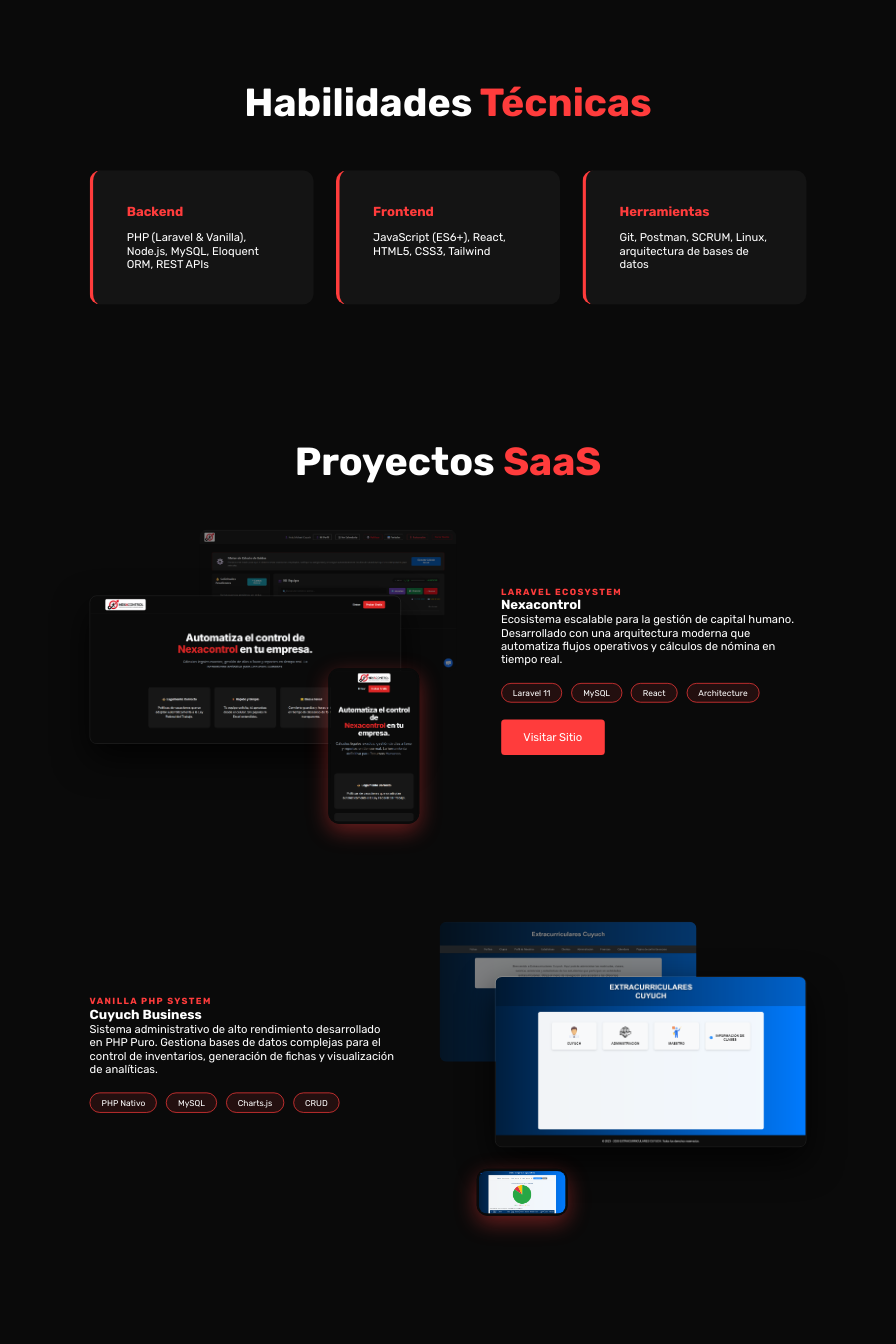
Repository: hercules830/Mi-portfolio-profesional
Page: index.html
These files come from the project's save history. The page is drawn as it stood at one moment and after the next save; the edit follows.
The browser window is 1280 px wide. The pictures show the part of the page from y = 734 to 2654 px (the page is 3050 px tall), at 70% of full size.
Some web fonts or font styles are not loaded; a fallback is used.

Above is the page before, as saved 2026-05-30 16:45:37.

After the next save:
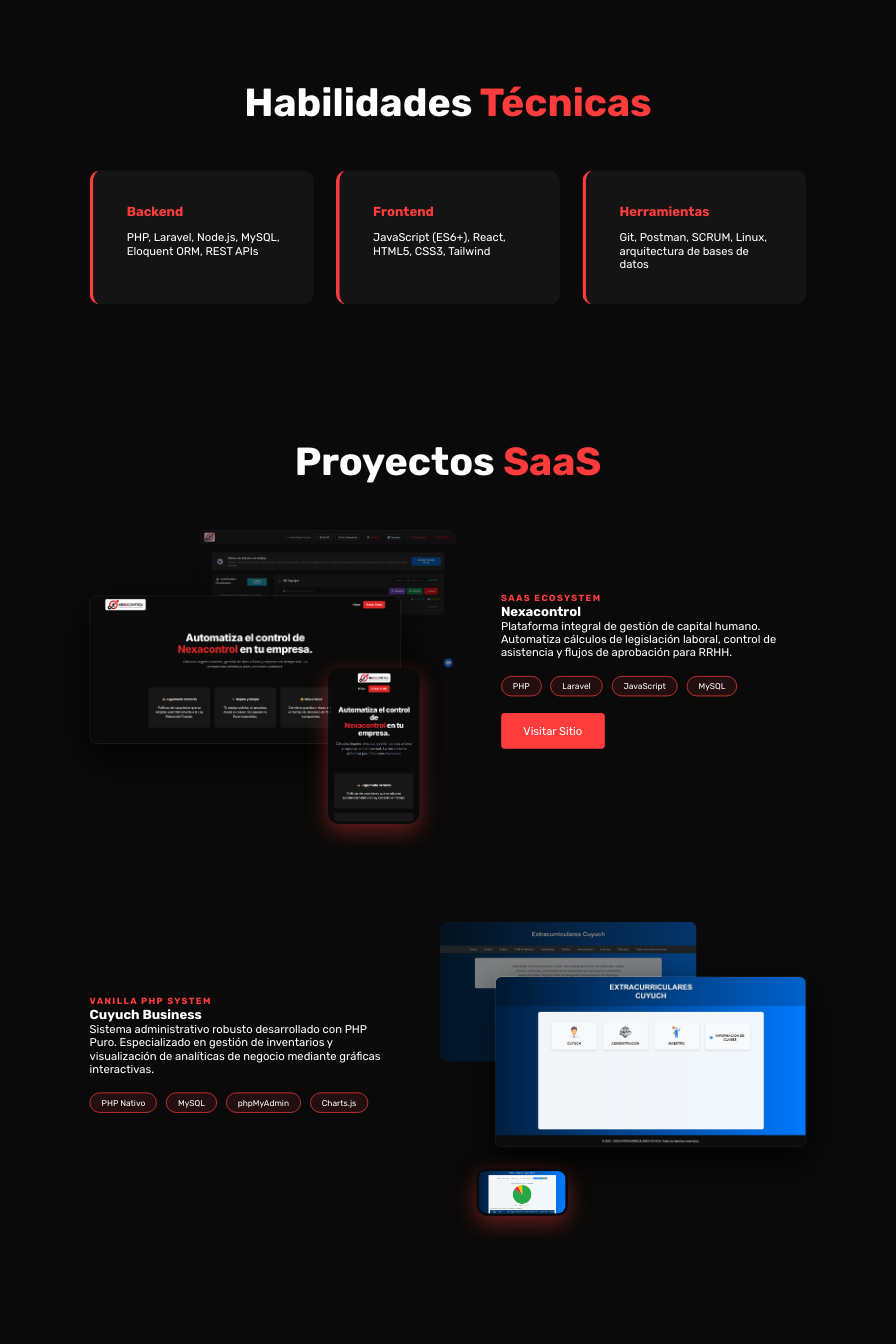
Saved 2 min 33 s later.
--- a/index.html
+++ b/index.html
@@ -41,9 +41,7 @@
       <div class="skills-grid">
         <div class="skill-card">
           <h3>Backend</h3>
-          <p>
-            PHP (Laravel & Vanilla), Node.js, MySQL, Eloquent ORM, REST APIs
-          </p>
+          <p>PHP, Laravel, Node.js, MySQL, Eloquent ORM, REST APIs</p>
         </div>
         <div class="skill-card">
           <h3>Frontend</h3>
@@ -59,7 +57,7 @@
     <section class="section" id="proyectos">
       <h2 class="section-title">Proyectos <span>SaaS</span></h2>
 
-      <!-- PROYECTO 1: NEXACONTROL -->
+      <!-- PROYECTO 1: NEXACONTROL (Tecnologías originales) -->
       <div class="featured-project">
         <div class="featured-img-container">
           <img
@@ -79,16 +77,16 @@
           />
         </div>
         <div class="featured-info">
-          <span class="tag">Laravel Ecosystem</span>
+          <span class="tag">SaaS Ecosystem</span>
           <h3>Nexacontrol</h3>
           <p>
-            Ecosistema escalable para la gestión de capital humano. Desarrollado
-            con una arquitectura moderna que automatiza flujos operativos y
-            cálculos de nómina en tiempo real.
+            Plataforma integral de gestión de capital humano. Automatiza
+            cálculos de legislación laboral, control de asistencia y flujos de
+            aprobación para RRHH.
           </p>
           <div class="tech-stack">
-            <span>Laravel 11</span><span>MySQL</span><span>React</span
-            ><span>Architecture</span>
+            <span>PHP</span><span>Laravel</span><span>JavaScript</span
+            ><span>MySQL</span>
           </div>
           <div class="actions">
             <a
@@ -101,19 +99,19 @@
         </div>
       </div>
 
-      <!-- PROYECTO 2: CUYUCH (Vanilla PHP) -->
+      <!-- PROYECTO 2: CUYUCH (PHP Puro / Vanilla) -->
       <div class="featured-project reverse">
         <div class="featured-info">
           <span class="tag">Vanilla PHP System</span>
           <h3>Cuyuch Business</h3>
           <p>
-            Sistema administrativo de alto rendimiento desarrollado en PHP Puro.
-            Gestiona bases de datos complejas para el control de inventarios,
-            generación de fichas y visualización de analíticas.
+            Sistema administrativo robusto desarrollado con PHP Puro.
+            Especializado en gestión de inventarios y visualización de
+            analíticas de negocio mediante gráficas interactivas.
           </p>
           <div class="tech-stack">
-            <span>PHP Nativo</span><span>MySQL</span><span>Charts.js</span
-            ><span>CRUD</span>
+            <span>PHP Nativo</span><span>MySQL</span><span>phpMyAdmin</span
+            ><span>Charts.js</span>
           </div>
         </div>
         <div class="featured-img-container">
@@ -140,7 +138,6 @@
     <div id="imageModal" class="modal">
       <span class="close">&times;</span>
       <img class="modal-content" id="imgFull" />
-      <div id="caption"></div>
     </div>
 
     <footer class="section" id="contacto">
